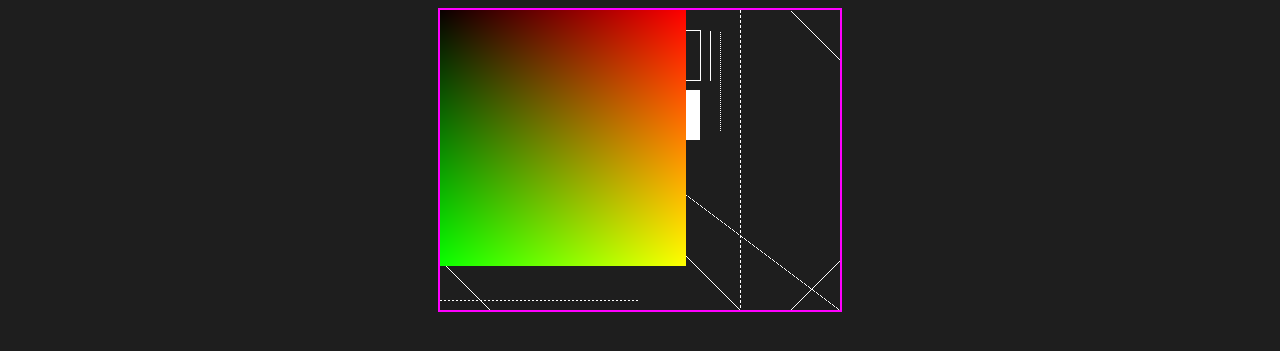
Repository: StarLightGX/miao
Page: paint.html
These files come from the project's save history. The page is drawn as it stood at one moment and after the next save; the edit follows.
The browser window is 1280 px wide. The pictures show the whole page.

Above is the page before, as saved 2020-11-13 16:16:48.
Console error: ReferenceError: sqrt is not defined

After the next save:
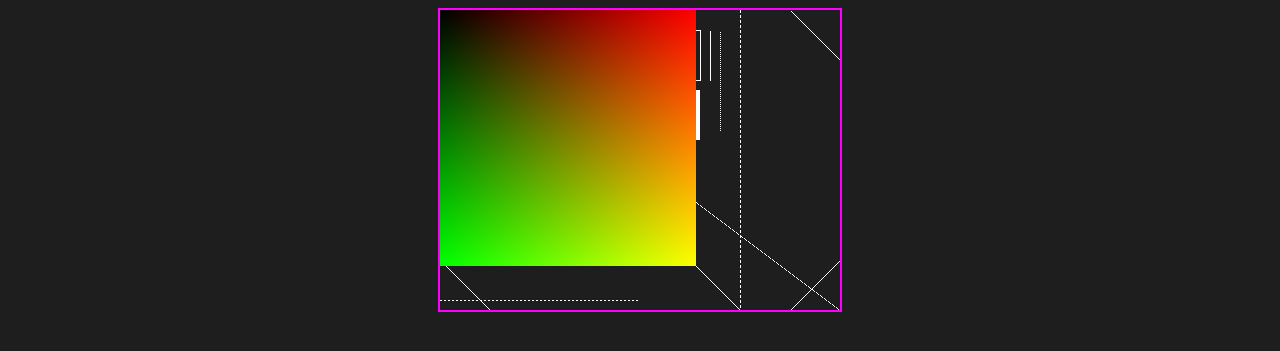
Saved 23 s later.
--- a/paint.html
+++ b/paint.html
@@ -202,7 +202,7 @@
     x = 30;
     for (x = 0; x < 256; x++) {
       for (y = 0; y < 256; y++) {
-        dot(x - 10, y, "rgb" + "(" + x + "," + y + "," + 0 + ")");
+        dot(x, y, "rgb" + "(" + x + "," + y + "," + 0 + ")");
       }
     }
     // 画一个空心的圆
